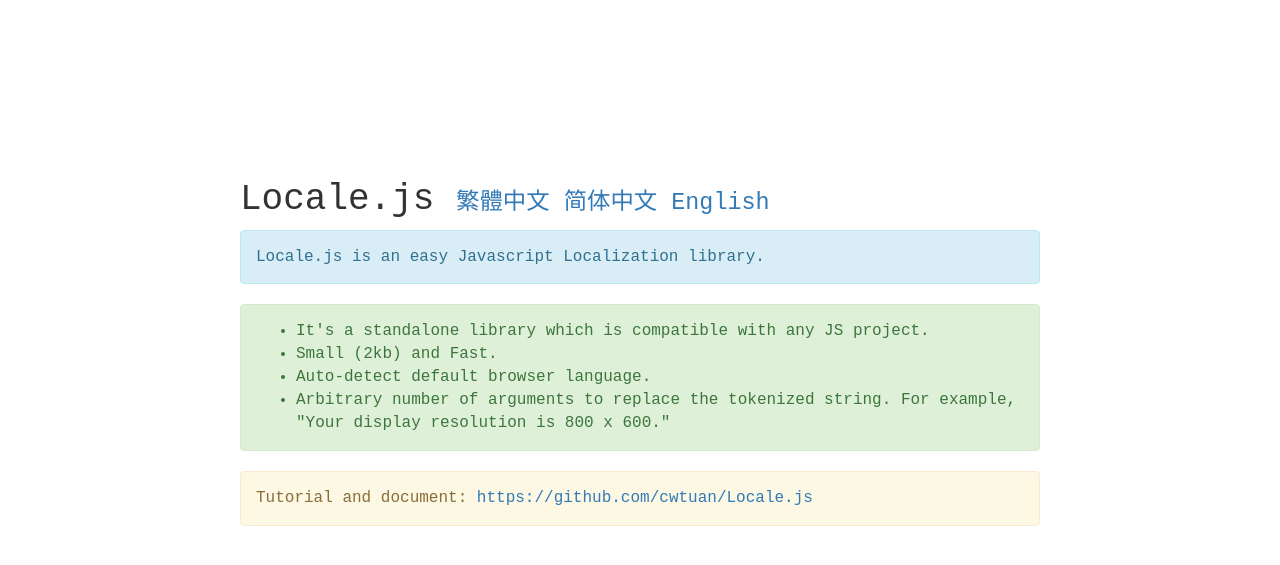
Repository: cwtuan/Locale.js
Page: example/index.html
The author's editor kept a record of every edit. The page is drawn from the files as they stood at one moment, then again after the next edit.
The browser window is 1280 px wide. The pictures show the whole page.
Some web libraries are served in a nearby version.

Above is the page before.

### example/index.html
<!DOCTYPE html>
<html>
<title>Locale.js Demo</title>

<head>
    <meta http-equiv="Content-Type" content="text/html; charset=utf-8">

    <link href="css/demo.css" rel="stylesheet" type="text/css">
    <link href="//cdnjs.cloudflare.com/ajax/libs/twitter-bootstrap/3.2.0/css/bootstrap.min.css" rel="stylesheet" type="text/css">

    <!--<script src="../dist/locale.min.js"></script>-->
    <script src="../locale.js"></script>
    <script src="js/demo.js"></script>

    <script type="text/javascript">
        Locale.setLanguageUrls(['langs/lang_en_US.txt', 'langs/lang_zh_TW.txt', 'langs/lang_zh_TW.txt']);
        window.onload = function() {
            demo(); // defined in demo.js
        };
    </script>
</head>

<body>

    <div id="main">
        <h1>Locale.js
            <small>

               <a href="#" onClick="demo('zh_TW');">繁體中文</a>
               <a href="#" onClick="demo('zh_CN');">简体中文</a>
               <a href="#" onClick="demo('en_US');">English</a>
            </small>
        </h1>

        <div id="content" style="display:none">
            <div id="firstElement" class="alert alert-info"></div>
            <div id="sencodElement" class="alert alert-success"></div>
            <div id="thirdElement" class="alert alert-warning"></div>
        </div>




    </div>

    <div id="loadingMask" style="display:none">
        <img src="images/loading.gif" />
    </div>

</body>

</html>

### example/css/demo.css
#main {
	font-size: 16px;
	width: 800px;
	height: 400px;
	position: absolute;
	left: 50%;
	top: 50%;
	margin-top: -200px;
	margin-left: -400px;
	font-family: Monospace, "Times New Roman", Times, serif;
}

### locale.js
/*
@author Tony Tuan <dmitrychleck@gmail.com>
@url https://github.com/chleck/locale-js

Licensed under the Apache License, Version 2.0 (the "License");
you may not use this file except in compliance with the License.
You may obtain a copy of the License at

    http://www.apache.org/licenses/LICENSE-2.0

Unless required by applicable law or agreed to in writing, software
distributed under the License is distributed on an "AS IS" BASIS,
WITHOUT WARRANTIES OR CONDITIONS OF ANY KIND, either express or implied.
See the License for the specific language governing permissions and
limitations under the License.
*/


var Locale = (function() {
	"use strict";

	var Module = {
		setLanguageUrls: setLanguageUrls,
		getMsg: getMsg,

		setCurrentLanguage: setCurrentLanguage,
		// save language in cookie
		saveLanguage: saveLanguage,
		getCurrentLanguage: getCurrentLanguage,
		hasKey: hasKey,
		loadSync: loadSync,
		loadAsync: loadAsync
	};

	function setLanguageUrls(langUrls) {
		this.langUrls = langUrls;
	}

	function getMsg(key) {
		var args, i;

		if (this.map[key]) {
			args = [];
			if (arguments.length == 1) {
				return this.map[key];
			}
			else { // >1
				for (i = 1; i < arguments.length; i++) {
					args.push(arguments[i]);
				}
				return this.map[key].replace(/\{(\d+)\}/g, function(m, i) {
					return args[i];
				});
			}
		}
		return key + '.UNDEFINED';
		// return this.map[key] ? this.map[key] : key + '.undefined';
	}

	function setCurrentLanguage(lang) {
		this.currentLang = lang;
	}

	function getCurrentLanguage() {
		// 0. setCurrentLanguage() 1.url param 2. cookies 3. _guessLanguage 4. default (the first lang)
		var language = this.currentLang || _getQueryParam(location.search, 'lang') || _getCookie('lang') || _guessLanguage();
		return _formatLang(language);
	}

	function saveLanguage(lang) {
		_setCookie('lang', lang);
	}

	function hasKey(key) {
		return this.map[key] !== null;
	}

	function loadSync() {
		_load.call(this, false);
	}

	function loadAsync(callback) {
		_load.call(this, true, callback);
	}

	function _load(async, callback) {
		var me = this,
			xmlhttp,
			lines,
			i,
			first,
			key,
			value,
			lang,
			selectedLangUrl,
			len;
		this.map = {};

		if (!this.langUrls) {
			console.error('You should call setLanguageUrls() before loading lagnuage file.');
		}

		if (window.XMLHttpRequest) {
			// for IE7+, Firefox, Chrome, Opera, Safari
			xmlhttp = new XMLHttpRequest();
		}
		else {
			// for IE6, IE5
			xmlhttp = new ActiveXObject("Microsoft.XMLHTTP");
		}
		xmlhttp.onreadystatechange = function() {
			if (xmlhttp.readyState == 4 && xmlhttp.status == 200) {
				lines = xmlhttp.responseText.split(/\r\n|\r|\n/g);
				for (i = 0; i < lines.length; ++i) {
					first = lines[i].indexOf('=');
					key = lines[i].substr(0, first);
					value = lines[i].substr(first + 1);
					if (key && value) {
						value = value.replace(/\r/g, '').replace(/\n/g, '');
						me.map[key] = value;
					}
				}

				if (async) {
					callback();
				}
			}

		};
		// Preventing Open Redirection Attacks
		lang = getCurrentLanguage.call(this);
		for (i = 0, len = this.langUrls.length; i < len; i++) {
			if (this.langUrls[i].indexOf(lang) !== -1) {
				selectedLangUrl = this.langUrls[i];
				break;
			}
		}
		// if preferred language is not listed in langUrls, just use the first one
		selectedLangUrl = selectedLangUrl || me.langUrls[0];
		xmlhttp.open("GET", selectedLangUrl + '?' + _getRandParam(), async);
		xmlhttp.send();
	}

	function _setCookie(name, value) {
		document.cookie = name + "=" + encodeURIComponent(value);
	}

	function _getCookie(name) {
		var arg = name + "=",
			i = 0,
			j = 0,
			nameIndex;
		while (i < document.cookie.length) {
			j = i + arg.length;
			if (document.cookie.substring(i, j) === arg) {
				return _getCookieVal.call(this, j);
			}
			nameIndex = document.cookie.indexOf(" ", i);
			if (nameIndex === -1) {
				return null;
			}
			i = 1 + nameIndex;
		}
		return null;
	}

	function _getCookieVal(offset) {
		var endstr = document.cookie.indexOf(";", offset);
		if (endstr == -1) {
			endstr = document.cookie.length;
		}
		return encodeURIComponent(document.cookie.substring(offset, endstr));
	}



	function _guessLanguage() {
		return (navigator.language || navigator.browserLanguage || navigator.userLanguage);
	}

	function _getRandParam() {
		return '_rand=' + (new Date()).getTime();
	}

	function _formatLang(lang) {
		lang = lang.split('_');
		if (lang.length == 1) {
			lang = lang[0].split('-');
		}
		return lang[0].toLowerCase() + '_' + lang[1].toUpperCase();
	}

	function _getQueryParam(queryString, target) {
		var params, i, param;
		queryString = location.search.split('?')[1];
		if (queryString) {
			params = queryString.split('&');
			if (params) {
				for (i = 0; i < params.length; ++i) {
					param = params[i].split('=');
					if (param[0] === target) return param[1];
				}
			}
		}
		return null;
	}

	return Module;

})();

### example/js/demo.js
function demo(lang) {
    var content = document.getElementById('content'),
        firstElement = document.getElementById('firstElement'),
        sencodElement = document.getElementById('sencodElement'),
        loadingMask = document.getElementById('loadingMask');

    content.style.display = "none";
    loadingMask.style.display = "block";

    if (lang) {
        Locale.setCurrentLanguage(lang);
    }
    else {
        console.info('if lang is not specified, Locale.js will auto detect the browser perference.');
    }

    Locale.loadAsync(function() {
        content.style.display = "block";
        loadingMask.style.display = "none";

        firstElement.innerHTML = Locale.getMsg('introudction');
        sencodElement.innerHTML = '<ul>' +
            '<li>' + Locale.getMsg('feature1') + '</li>' +
            '<li>' + Locale.getMsg('feature2') + '</li>' +
            '<li>' + Locale.getMsg('feature3') + '</li>' +
            '<li>' + Locale.getMsg('feature4', screen.width, screen.height) + '</li>' +
            '</ul>';
        thirdElement.innerHTML = Locale.getMsg('moreInfo', 'https://github.com/cwtuan/Locale.js');

    });

}

After the next edit:
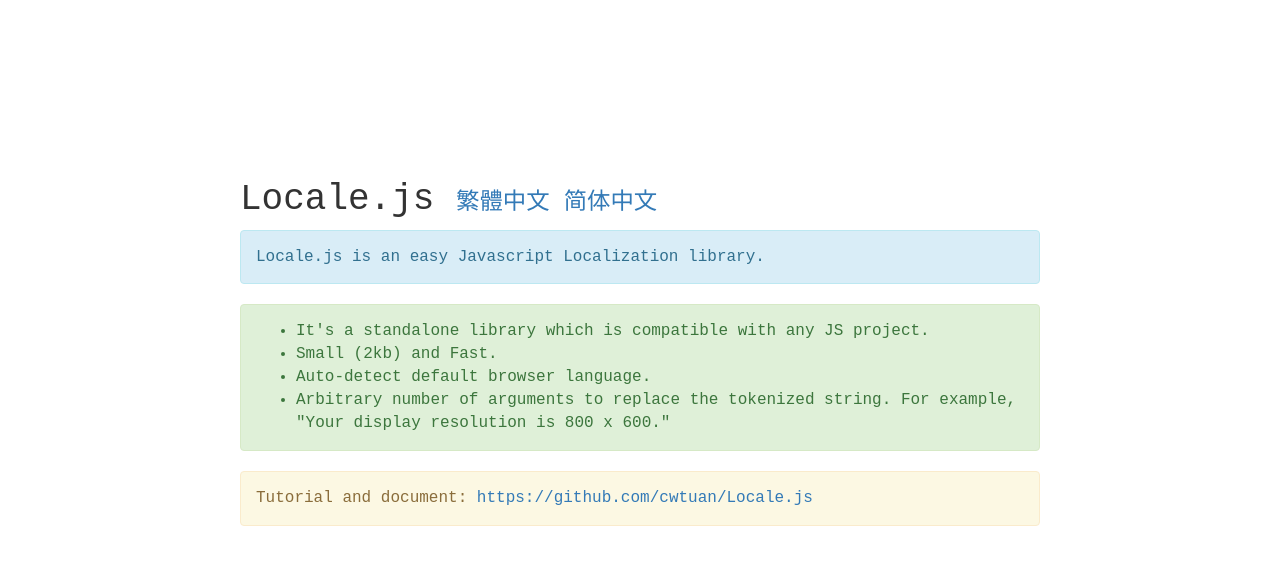
The edit:
--- a/example/index.html
+++ b/example/index.html
@@ -28,7 +28,7 @@
 
                <a href="#" onClick="demo('zh_TW');">繁體中文</a>
                <a href="#" onClick="demo('zh_CN');">简体中文</a>
-               <a href="#" onClick="demo('en_US');">English</a>
+
             </small>
         </h1>
 
